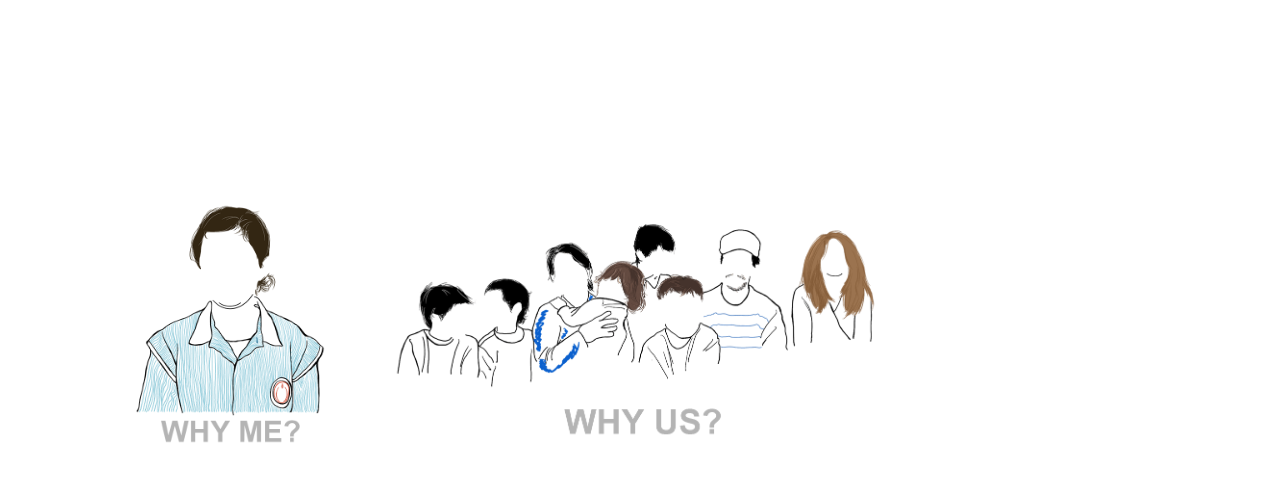
Repository: Lettie123/webpr4
Page: 04.html
The author's editor kept a copy of each file at every save. The page is drawn from the files as they stood at one save, then again after the next save.
The browser window is 1280 px wide. The pictures show the whole page.

Above is the page before, as saved 2020-11-23 23:57:19.

After the next save:
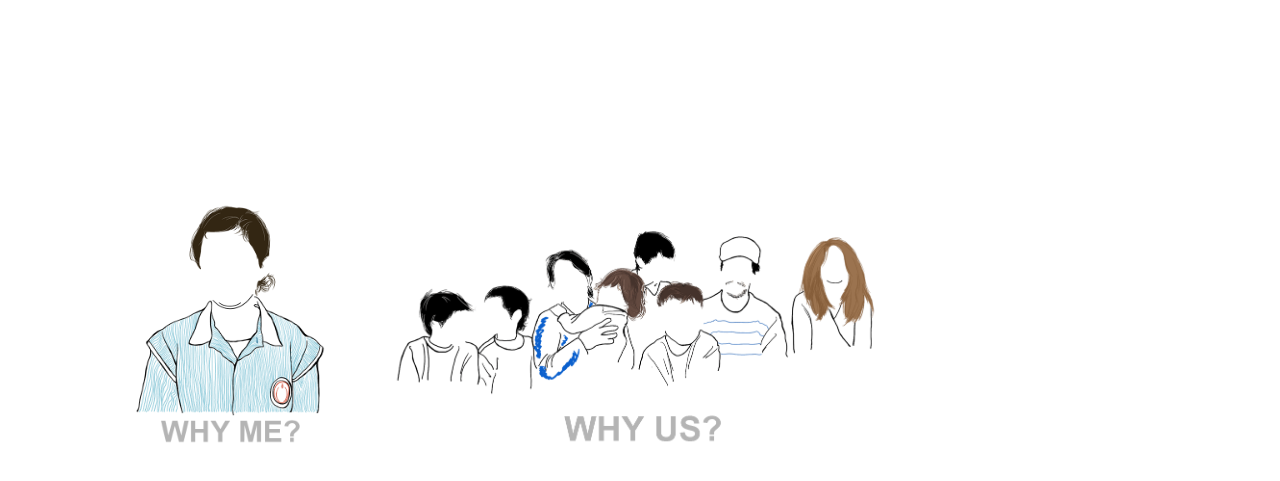
Saved 7 s later.
--- a/style05.css
+++ b/style05.css
@@ -18,7 +18,7 @@ body {
     height: 500px;
 	position: absolute;
 	left: 50%;
-	top: 56%;
+	top: 57%;
     transform: translate(-50%,-50%);
     color: #B4B4B4;
 }
